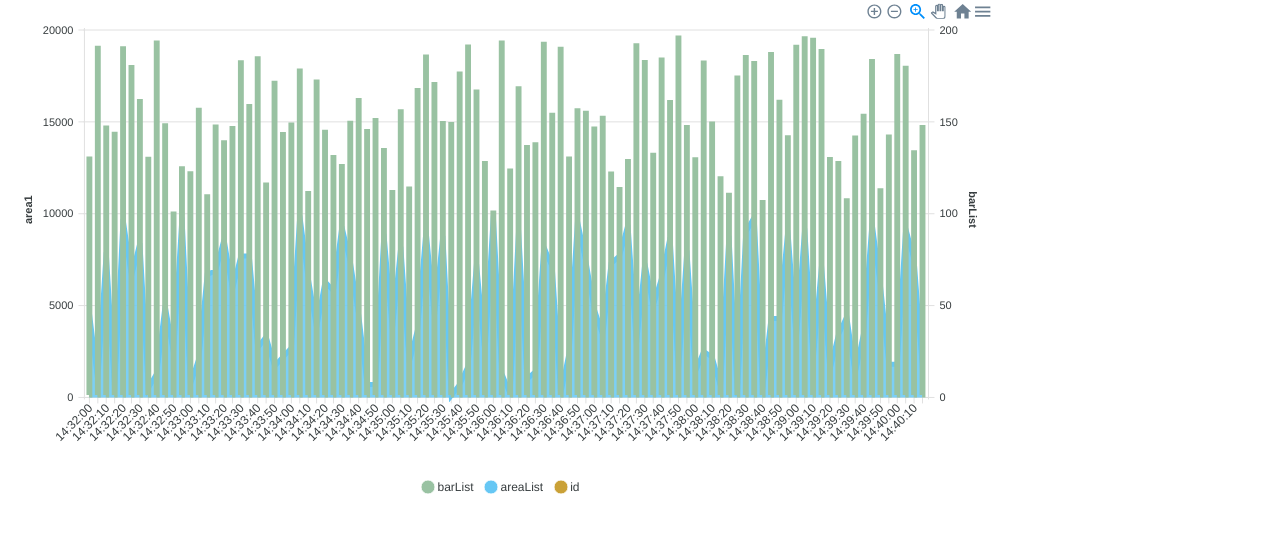
Repository: wanted-pre-onboarding-internship-1team/pre-onboarding-9th-3-1
Page: /
An editor plug-in stored every save of this project. The page is shown before and after the next save, followed by the edit.
The browser window is 1280 px wide. The pictures show the whole page.
The project was rebuilt for these pictures with package versions that can differ from the ones it lists, and the page was loaded fresh each time.

Above is the page before, as saved 2023-03-15 00:32:02.

### public/index.html
<!DOCTYPE html>
<html lang="en">
  <head>
    <meta charset="utf-8" />
    <link rel="icon" href="%PUBLIC_URL%/favicon.ico" />
    <meta name="viewport" content="width=device-width, initial-scale=1" />
    <meta name="theme-color" content="#000000" />

    <title>React App</title>
  </head>

  <body>
    <div id="root"></div>
  </body>
</html>

### src/index.tsx
import App from './App';
import './index.css';
import React from 'react';
import ReactDOM from 'react-dom/client';
import { BrowserRouter } from 'react-router-dom';

const root = ReactDOM.createRoot(
  document.getElementById('root') as HTMLElement
);
root.render(
  <BrowserRouter>
    <App />
  </BrowserRouter>
);

### src/App.tsx
import Router from './router/router';
import { createGlobalStyle } from 'styled-components';
import reset from 'styled-reset';

const GlobalStyle = createGlobalStyle`
  ${reset}
`;

function App() {
  return (
    <>
      <GlobalStyle />
      <Router />
    </>
  );
}

export default App;

### src/router/router.tsx
import Mainpage from '../pages/Mainpage';
import React from 'react';
import { Route, Routes } from 'react-router-dom';

export default function router() {
  return (
    <Routes>
      <Route path='/' element={<Mainpage />} />
    </Routes>
  );
}

### src/pages/Mainpage.tsx
import { api } from '../apis';
import { GetMockResponse } from '../apis/types/mock';
import useMockList from '../hooks/useMockList';
import axios from 'axios';
import React, { useEffect, useState } from 'react';
import ApexCharts from 'react-apexcharts';

export default function Mainpage() {
  const test = useMockList();
  console.log(test);
  return (
    <div>
      {/* <ApexCharts
        type='line'
        height='500'
        width='500'
        series={[
          {
            name: 'Column A',
            type: 'column',
            data: [21.1, 23, 33.1, 34, 44.1, 44.9, 56.5, 58.5],
          },
          {
            name: 'Column B',
            type: 'column',
            data: [10, 19, 27, 26, 34, 35, 40, 38],
          },
          {
            name: 'Line C',
            type: 'line',
            data: [1.4, 2, 2.5, 1.5, 2.5, 2.8, 3.8, 4.6],
          },
        ]}
        options={{
          theme: {
            mode: 'dark',
          },
          chart: {
            toolbar: {
              show: false,
            },
          },
          grid: { show: false },
          stroke: {
            curve: 'smooth',
            width: 5,
          },
          xaxis: {
            categories: [2009, 2010, 2011, 2012, 2013, 2014, 2015, 2016],
          },
          yaxis: [
            {
              seriesName: 'Column A',
              axisTicks: {
                show: true,
              },
              axisBorder: {
                show: true,
              },
              title: {
                text: 'Columns',
              },
            },
            {
              seriesName: 'Column A',
              show: false,
            },
            {
              opposite: true,
              seriesName: 'Line C',
              axisTicks: {
                show: true,
              },
              axisBorder: {
                show: true,
              },
              title: {
                text: 'Line',
              },
            },
          ],
          colors: ['#99C2A2', '#C5EDAC', '#66C7F4'],
          legend: {
            horizontalAlign: 'left',
            offsetX: 40,
          },
        }}
      /> */}
      <ApexCharts
        height='500'
        width='1000'
        series={[
          {
            name: 'barList',
            type: 'column',
            data: test.barValueList,
          },
          {
            name: 'areaList',
            type: 'area',
            data: test.areaValueList,
          },
          {
            name: 'id',
            type: 'none',
            data: test.areaValueList,
          },
        ]}
        options={{
          dataLabels: {
            enabled: false,
          },

          yaxis: [
            {
              seriesName: 'barList',
              axisTicks: {
                show: true,
              },
              axisBorder: {
                show: true,
              },
              title: {
                text: 'area1',
              },
            },
            {
              opposite: true,
              seriesName: 'areaList',
              axisTicks: {
                show: true,
              },
              axisBorder: {
                show: true,
              },
              title: {
                text: 'barList',
              },
            },
            {
              seriesName: 'id',
              show: false,
            },
          ],
          xaxis: {
            categories: test.timeList,
          },
          colors: ['#99C2A2', '#66C7F4', '#caa137'],
        }}
      />
    </div>
  );
}

{
  /* <div>
<ApexCharts
  height='500'
  width='1000'
  series={[
    {
      name: 'TEAM A',
      type: 'column',
      data: test.areaValueList,
    },
  ]}
  options={{
    grid: {
      row: {
        colors: ['#f3f3f3', 'transparent'],
        opacity: 0.5,
      },
    },
    stroke: {
      width: [0, 2, 5],
      curve: 'smooth',
    },

    xaxis: {
      categories: test.timeList,
    },
    colors: ['red', 'blue'],
  }}
/>
</div> */
}

### src/hooks/useMockList.ts
import { api } from '../apis';
import { GetMockResponse } from '../apis/types/mock';
import { useEffect, useState } from 'react';

export default function useMockList() {
  const [originData, setOriginData] = useState<GetMockResponse['response']>();

  const dateList = originData ? Object.keys(originData) : [];

  const timeList = originData
    ? Object.keys(originData).map(time => time.split(' ')[1])
    : [];

  const idList = originData
    ? Object.entries(originData).map(entry => entry[1].id)
    : [];

  const barValueList = originData
    ? Object.entries(originData).map(entry => entry[1].value_bar)
    : [];

  const areaValueList = originData
    ? Object.entries(originData).map(entry => entry[1].value_area)
    : [];

  useEffect(() => {
    api.mock.getMockDatas().then(res => {
      const { data } = res;
      setOriginData(data.response);
    });
  }, []);

  return { timeList, dateList, idList, barValueList, areaValueList };
}

### src/apis/index.ts
import { instance } from './instance';
import MockService from './mockService';

const mockService = new MockService(instance);

export const api = { mock: mockService };

### src/apis/instance.ts
import axios, { AxiosInstance, AxiosRequestConfig, AxiosResponse } from 'axios';

interface CustomInstance extends AxiosInstance {
  get<T = unknown, R = AxiosResponse<T>, D = unknown>(
    url: string,
    config?: AxiosRequestConfig<D>
  ): Promise<R>;
}

const instance: CustomInstance = axios.create({
  baseURL: '/',
});

export { instance };

### src/apis/mockService.ts
import { instance } from './instance';
import { GetMockResponse } from './types/mock';

export default class MockService {
  constructor(private api: typeof instance) {}
  getMockDatas = async () => this.api.get<GetMockResponse>('data/mock.json');
}

### public/data/mock.json
{
  "type": "Flexsys Mock API",
  "version": 1.0,
  "response": {
    "2023-02-01 14:32:00": {
      "id": "성북구",
      "value_area": 46,
      "value_bar": 13111
    },
    "2023-02-01 14:32:05": {
      "id": "강남구",
      "value_area": 9,
      "value_bar": 19143
    },
    "2023-02-01 14:32:10": {
      "id": "노원구",
      "value_area": 79,
      "value_bar": 14798
    },
    "2023-02-01 14:32:15": {
      "id": "중랑구",
      "value_area": 4,
      "value_bar": 14456
    },
    "2023-02-01 14:32:20": {
      "id": "노원구",
      "value_area": 97,
      "value_bar": 19116
    },
    "2023-02-01 14:32:25": {
      "id": "성북구",
      "value_area": 66,
      "value_bar": 18098
    },
    "2023-02-01 14:32:30": {
      "id": "중랑구",
      "value_area": 84,
      "value_bar": 16243
    },
    "2023-02-01 14:32:35": {
      "id": "강남구",
      "value_area": 5,
      "value_bar": 13100
    },
    "2023-02-01 14:32:40": {
      "id": "성북구",
      "value_area": 13,
      "value_bar": 19429
    },
    "2023-02-01 14:32:45": {
      "id": "노원구",
      "value_area": 50,
      "value_bar": 14923
    },
    "2023-02-01 14:32:50": {
      "id": "강남구",
      "value_area": 24,
      "value_bar": 10127
    },
    "2023-02-01 14:32:55": {
      "id": "강남구",
      "value_area": 98,
      "value_bar": 12583
    },
    "2023-02-01 14:33:00": {
      "id": "중랑구",
      "value_area": 7,
      "value_bar": 12310
    },
    "2023-02-01 14:33:05": {
      "id": "중랑구",
      "value_area": 21,
      "value_bar": 15764
    },
    "2023-02-01 14:33:10": {
      "id": "강남구",
      "value_area": 67,
      "value_bar": 11060
    },
    "2023-02-01 14:33:15": {
      "id": "강남구",
      "value_area": 69,
      "value_bar": 14857
    },
    "2023-02-01 14:33:20": {
      "id": "노원구",
      "value_area": 86,
      "value_bar": 13995
    },
    "2023-02-01 14:33:25": {
      "id": "중랑구",
      "value_area": 59,
      "value_bar": 14773
    },
    "2023-02-01 14:33:30": {
      "id": "노원구",
      "value_area": 77,
      "value_bar": 18347
    },
    "2023-02-01 14:33:35": {
      "id": "성북구",
      "value_area": 77,
      "value_bar": 15970
    },
    "2023-02-01 14:33:40": {
      "id": "성북구",
      "value_area": 27,
      "value_bar": 18577
    },
    "2023-02-01 14:33:45": {
      "id": "성북구",
      "value_area": 33,
      "value_bar": 11704
    },
    "2023-02-01 14:33:50": {
      "id": "성북구",
      "value_area": 17,
      "value_bar": 17241
    },
    "2023-02-01 14:33:55": {
      "id": "노원구",
      "value_area": 22,
      "value_bar": 14450
    },
    "2023-02-01 14:34:00": {
      "id": "중랑구",
      "value_area": 27,
      "value_bar": 14970
    },
    "2023-02-01 14:34:05": {
      "id": "중랑구",
      "value_area": 99,
      "value_bar": 17906
    },
    "2023-02-01 14:34:10": {
      "id": "강남구",
      "value_area": 65,
      "value_bar": 11233
    },
    "2023-02-01 14:34:15": {
      "id": "노원구",
      "value_area": 38,
      "value_bar": 17306
    },
    "2023-02-01 14:34:20": {
      "id": "성북구",
      "value_area": 63,
      "value_bar": 14577
    },
    "2023-02-01 14:34:25": {
      "id": "중랑구",
      "value_area": 58,
      "value_bar": 13199
    },
    "2023-02-01 14:34:30": {
      "id": "중랑구",
      "value_area": 93,
      "value_bar": 12707
    },
    "2023-02-01 14:34:35": {
      "id": "강남구",
      "value_area": 74,
      "value_bar": 15064
    },
    "2023-02-01 14:34:40": {
      "id": "강남구",
      "value_area": 45,
      "value_bar": 16300
    },
    "2023-02-01 14:34:45": {
      "id": "성북구",
      "value_area": 7,
      "value_bar": 14605
    },
    "2023-02-01 14:34:50": {
      "id": "노원구",
      "value_area": 7,
      "value_bar": 15210
    },
    "2023-02-01 14:34:55": {
      "id": "성북구",
      "value_area": 89,
      "value_bar": 13578
    },
    "2023-02-01 14:35:00": {
      "id": "중랑구",
      "value_area": 37,
      "value_bar": 11298
    },
    "2023-02-01 14:35:05": {
      "id": "노원구",
      "value_area": 82,
      "value_bar": 15686
    },
    "2023-02-01 14:35:10": {
      "id": "중랑구",
      "value_area": 19,
      "value_bar": 11485
    },
    "2023-02-01 14:35:15": {
      "id": "성북구",
      "value_area": 37,
      "value_bar": 16848
    },
    "2023-02-01 14:35:20": {
      "id": "성북구",
      "value_area": 91,
      "value_bar": 18670
    },
    "2023-02-01 14:35:25": {
      "id": "강남구",
      "value_area": 44,
      "value_bar": 17165
    },
    "2023-02-01 14:35:30": {
      "id": "성북구",
      "value_area": 88,
      "value_bar": 15053
    },
    "2023-02-01 14:35:35": {
      "id": "성북구",
      "value_area": 1,
      "value_bar": 14998
    },
    "2023-02-01 14:35:40": {
      "id": "강남구",
      "value_area": 7,
      "value_bar": 17739
    },
    "2023-02-01 14:35:45": {
      "id": "중랑구",
      "value_area": 17,
      "value_bar": 19212
    },
    "2023-02-01 14:35:50": {
      "id": "노원구",
      "value_area": 73,
      "value_bar": 16757
    },
    "2023-02-01 14:35:55": {
      "id": "노원구",
      "value_area": 24,
      "value_bar": 12864
    },
    "2023-02-01 14:36:00": {
      "id": "노원구",
      "value_area": 99,
      "value_bar": 10178
    },
    "2023-02-01 14:36:05": {
      "id": "성북구",
      "value_area": 13,
      "value_bar": 19425
    },
    "2023-02-01 14:36:10": {
      "id": "강남구",
      "value_area": 2,
      "value_bar": 12455
    },
    "2023-02-01 14:36:15": {
      "id": "노원구",
      "value_area": 91,
      "value_bar": 16945
    },
    "2023-02-01 14:36:20": {
      "id": "성북구",
      "value_area": 10,
      "value_bar": 13734
    },
    "2023-02-01 14:36:25": {
      "id": "성북구",
      "value_area": 14,
      "value_bar": 13894
    },
    "2023-02-01 14:36:30": {
      "id": "중랑구",
      "value_area": 82,
      "value_bar": 19367
    },
    "2023-02-01 14:36:35": {
      "id": "중랑구",
      "value_area": 71,
      "value_bar": 15492
    },
    "2023-02-01 14:36:40": {
      "id": "강남구",
      "value_area": 2,
      "value_bar": 19082
    },
    "2023-02-01 14:36:45": {
      "id": "노원구",
      "value_area": 24,
      "value_bar": 13117
    },
    "2023-02-01 14:36:50": {
      "id": "노원구",
      "value_area": 96,
      "value_bar": 15744
    },
    "2023-02-01 14:36:55": {
      "id": "성북구",
      "value_area": 74,
      "value_bar": 15609
    },
    "2023-02-01 14:37:00": {
      "id": "노원구",
      "value_area": 48,
      "value_bar": 14747
    },
    "2023-02-01 14:37:05": {
      "id": "중랑구",
      "value_area": 34,
      "value_bar": 15331
    },
    "2023-02-01 14:37:10": {
      "id": "노원구",
      "value_area": 73,
      "value_bar": 12292
    },
    "2023-02-01 14:37:15": {
      "id": "강남구",
      "value_area": 77,
      "value_bar": 11454
    },
    "2023-02-01 14:37:20": {
      "id": "강남구",
      "value_area": 94,
      "value_bar": 12972
    },
    "2023-02-01 14:37:25": {
      "id": "성북구",
      "value_area": 29,
      "value_bar": 19279
    },
    "2023-02-01 14:37:30": {
      "id": "노원구",
      "value_area": 73,
      "value_bar": 18371
    },
    "2023-02-01 14:37:35": {
      "id": "노원구",
      "value_area": 50,
      "value_bar": 13317
    },
    "2023-02-01 14:37:40": {
      "id": "강남구",
      "value_area": 65,
      "value_bar": 18504
    },
    "2023-02-01 14:37:45": {
      "id": "성북구",
      "value_area": 87,
      "value_bar": 16196
    },
    "2023-02-01 14:37:50": {
      "id": "강남구",
      "value_area": 14,
      "value_bar": 19701
    },
    "2023-02-01 14:37:55": {
      "id": "중랑구",
      "value_area": 80,
      "value_bar": 14836
    },
    "2023-02-01 14:38:00": {
      "id": "노원구",
      "value_area": 14,
      "value_bar": 13074
    },
    "2023-02-01 14:38:05": {
      "id": "성북구",
      "value_area": 25,
      "value_bar": 18335
    },
    "2023-02-01 14:38:10": {
      "id": "중랑구",
      "value_area": 22,
      "value_bar": 15022
    },
    "2023-02-01 14:38:15": {
      "id": "노원구",
      "value_area": 6,
      "value_bar": 12043
    },
    "2023-02-01 14:38:20": {
      "id": "중랑구",
      "value_area": 88,
      "value_bar": 11144
    },
    "2023-02-01 14:38:25": {
      "id": "강남구",
      "value_area": 1,
      "value_bar": 17518
    },
    "2023-02-01 14:38:30": {
      "id": "노원구",
      "value_area": 90,
      "value_bar": 18643
    },
    "2023-02-01 14:38:35": {
      "id": "성북구",
      "value_area": 98,
      "value_bar": 18318
    },
    "2023-02-01 14:38:40": {
      "id": "중랑구",
      "value_area": 4,
      "value_bar": 10746
    },
    "2023-02-01 14:38:45": {
      "id": "강남구",
      "value_area": 43,
      "value_bar": 18806
    },
    "2023-02-01 14:38:50": {
      "id": "중랑구",
      "value_area": 43,
      "value_bar": 16209
    },
    "2023-02-01 14:38:55": {
      "id": "강남구",
      "value_area": 91,
      "value_bar": 14273
    },
    "2023-02-01 14:39:00": {
      "id": "성북구",
      "value_area": 31,
      "value_bar": 19193
    },
    "2023-02-01 14:39:05": {
      "id": "성북구",
      "value_area": 92,
      "value_bar": 19661
    },
    "2023-02-01 14:39:10": {
      "id": "노원구",
      "value_area": 20,
      "value_bar": 19574
    },
    "2023-02-01 14:39:15": {
      "id": "중랑구",
      "value_area": 72,
      "value_bar": 18963
    },
    "2023-02-01 14:39:20": {
      "id": "강남구",
      "value_area": 15,
      "value_bar": 13083
    },
    "2023-02-01 14:39:25": {
      "id": "성북구",
      "value_area": 34,
      "value_bar": 12868
    },
    "2023-02-01 14:39:30": {
      "id": "강남구",
      "value_area": 44,
      "value_bar": 10836
    },
    "2023-02-01 14:39:35": {
      "id": "중랑구",
      "value_area": 13,
      "value_bar": 14255
    },
    "2023-02-01 14:39:40": {
      "id": "노원구",
      "value_area": 35,
      "value_bar": 15437
    },
    "2023-02-01 14:39:45": {
      "id": "중랑구",
      "value_area": 95,
      "value_bar": 18426
    },
    "2023-02-01 14:39:50": {
      "id": "강남구",
      "value_area": 61,
      "value_bar": 11387
    },
    "2023-02-01 14:39:55": {
      "id": "성북구",
      "value_area": 18,
      "value_bar": 14312
    },
    "2023-02-01 14:40:00": {
      "id": "성북구",
      "value_area": 18,
      "value_bar": 18700
    },
    "2023-02-01 14:40:05": {
      "id": "중랑구",
      "value_area": 92,
      "value_bar": 18053
    },
    "2023-02-01 14:40:10": {
      "id": "강남구",
      "value_area": 75,
      "value_bar": 13460
    },
    "2023-02-01 14:40:15": {
      "id": "성북구",
      "value_area": 15,
      "value_bar": 14829
    }
  }
}

Loaded but not shown: src/index.css (common file)

After the next save:
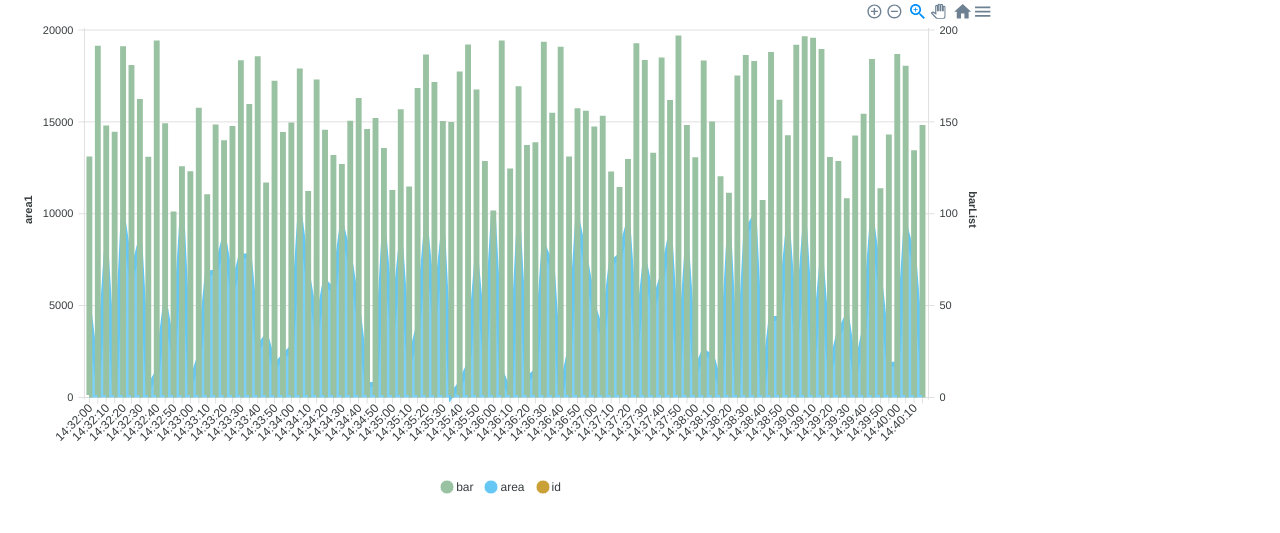
Saved 102 s later.
--- a/src/pages/Mainpage.tsx
+++ b/src/pages/Mainpage.tsx
@@ -91,12 +91,12 @@ export default function Mainpage() {
         width='1000'
         series={[
           {
-            name: 'barList',
+            name: 'bar',
             type: 'column',
             data: test.barValueList,
           },
           {
-            name: 'areaList',
+            name: 'area',
             type: 'area',
             data: test.areaValueList,
           },
@@ -113,7 +113,7 @@ export default function Mainpage() {
 
           yaxis: [
             {
-              seriesName: 'barList',
+              seriesName: 'bar',
               axisTicks: {
                 show: true,
               },
@@ -126,7 +126,7 @@ export default function Mainpage() {
             },
             {
               opposite: true,
-              seriesName: 'areaList',
+              seriesName: 'area',
               axisTicks: {
                 show: true,
               },
